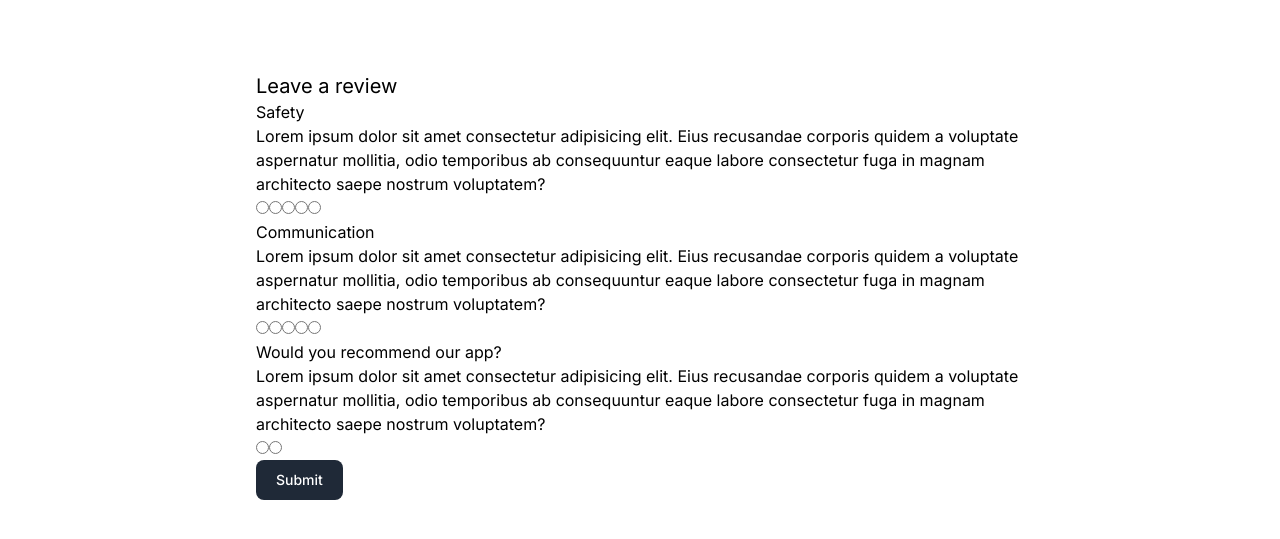
Repository: akankshaajoshi/review-form
Page: /review
An editor plug-in stored every save of this project. The page is shown before and after the next save, followed by the edit.
The browser window is 1280 px wide. The pictures show the whole page.
The project was rebuilt for these pictures with package versions that can differ from the ones it lists, and the page was loaded fresh each time. The framework's server and built-in components were replaced by stand-ins that run in the browser. Also part of the build but not shown: next.config.mjs.

Above is the page before, as saved 2024-05-25 12:31:00.

After the next save:
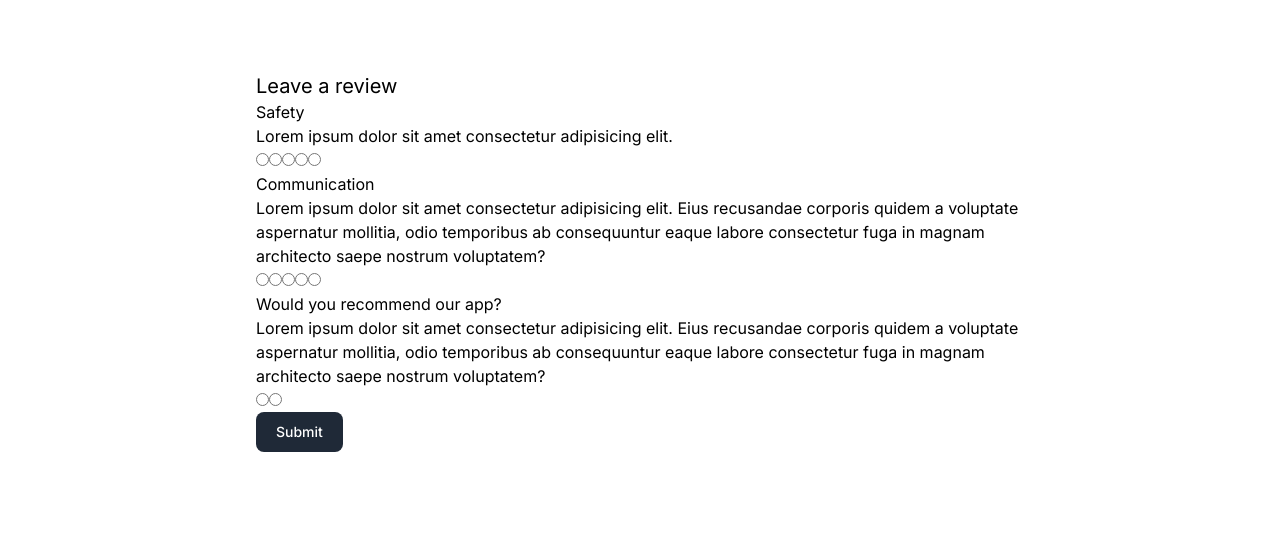
Saved 44 s later.
--- a/app/(routes)/review/page.tsx
+++ b/app/(routes)/review/page.tsx
@@ -26,7 +26,7 @@ export default function Review(){
             <form action={formAction}>
                 <fieldset>
                     <label htmlFor="safety">Safety</label>
-                    <p>Lorem ipsum dolor sit amet consectetur adipisicing elit. Eius recusandae corporis quidem a voluptate aspernatur mollitia, odio temporibus ab consequuntur eaque labore consectetur fuga in magnam architecto saepe nostrum voluptatem?</p>
+                    <p>Lorem ipsum dolor sit amet consectetur adipisicing elit. </p>
                     {ratings.map((item, index) =>{
                         return (
                             <input key={index} type="radio" name="safety" id={item.toString()} value={item}/>
